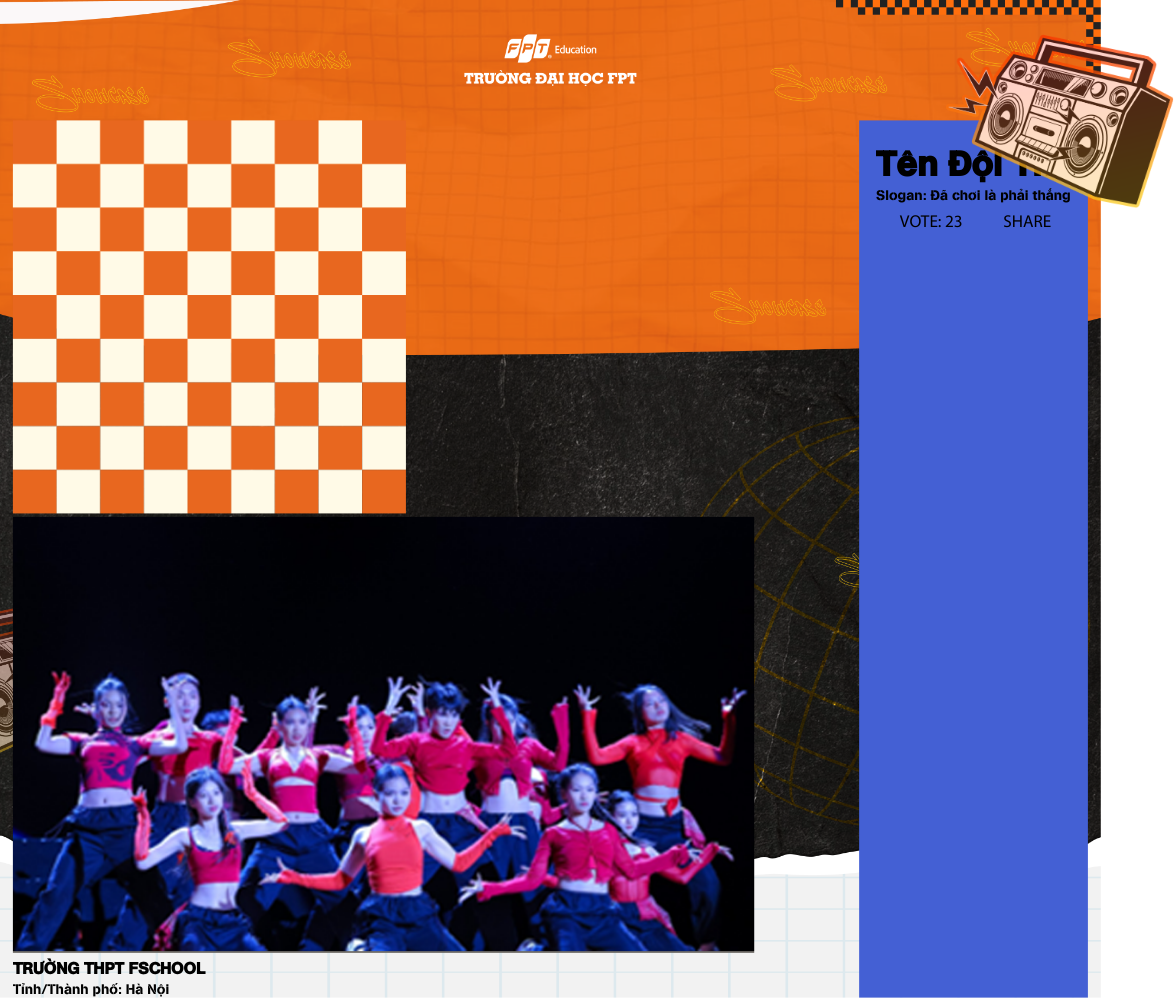
Repository: dinhtri123/hola_fpt
Page: detail.html
An editor plug-in stored every save of this project. The page is shown before and after the next save, followed by the edit.
The browser window is 1280 px wide. The page is 1365 px wide, so the pictures cover 1365 px, including what lies to the right of the window. The pictures show the whole page, at 86% of full size.

Above is the page before, as saved 2025-01-04 22:44:18.

### detail.html
<!DOCTYPE html>
<html lang="en">

<head>
  <meta charset="UTF-8">
  <meta name="viewport" content="width=device-width, initial-scale=1.0">
  <title>Detail</title>
  <link rel="stylesheet" href="styles.css">
</head>

<body>
  <section class="detail">
    <img src="./images/detail-bg.png" class="detail-bg" alt="">
    <div class="container">
      <a href="#" class="detail-logo">
        <img src="./images/logo.png" alt="">
      </a>
      <div class="detail-top">
        <div class="detail-top-left">
          <img src="./images/detail-img1.png" class="detail-top-left-bg" alt="">
          <img src="./images/detail-img.png" class="detail-top-left-img" alt="">
          <span>
            <h3>TRƯỜNG THPT FSCHOOL</h3>
            <P>Tỉnh/Thành phố: Hà Nội</P>
          </span>
        </div>
        <div class="detail-top-right">
          <img src="./images/detail-img2.png" alt="">
          <h3>Tên Đội Thi</h3>
          <p>Slogan: Đã chơi là phải thắng</p>
          <div class="news-item-action">
            <div class="vote">
              <i class="fa-regular fa-heart"></i>
              <span>VOTE: 23</span>
            </div>
            <div class="share">
              <i class="fa-regular fa-paper-plane"></i>
              SHARE
            </div>
          </div>
        </div>
      </div>
    </div>
  </section>
</body>

</html>

### styles.css
@font-face {
  font-family: "Myriad Pro";
  src: url("./fonts/MYRIADPRO-REGULAR.ttf") format("truetype");
}
@font-face {
  font-family: "SFUAGBuchStencilBQMedium";
  src: url("./fonts/SFUAGBuchStencilBQMedium.ttf") format("truetype");
  font-weight: normal;
  font-style: normal;
}
:root {
  --font-primary: "SFUAGBuchStencilBQMedium", sans-serif;
  --font-secondary: "Myriad Pro", sans-serif;
  --cl-white: #fff;
}
* {
  box-sizing: border-box;
  padding: 0;
  margin: 0;
}
body {
  font-family: var(--font-primary);
  font-size: 16px;
  font-weight: 400;
}
.container {
  max-width: 1630px;
  padding-left: 15px;
  padding-right: 15px;
  margin: 0px auto;
}
.sm {
  display: none !important;
}
.md {
  display: flex !important;
}
img {
  max-width: 100%;
  height: auto;
  object-fit: cover;
}
.intro > div {
  position: relative;
}
.intro-top {
  z-index: 1;
}
.intro-bg {
  position: absolute;
  width: 100%;
  height: 100%;
  top: 0;
  left: 0;
  z-index: -1;
  object-position: bottom;
}
.intro-inner {
  padding-top: 50px;
  text-align: center;
  z-index: 1;
}
.intro-logo {
  max-width: 280px;
}
.intro-title {
  margin-top: 30px;
}
.intro-title-small {
  margin-top: -60px;
  z-index: -1;
  position: relative;
}
.intro-btn {
  background: linear-gradient(to right, #e24103, #e66715);
  border-radius: 50px;
  border: 2px solid var(--cl-white);
  font-size: 54px;
  padding: 10px 100px 15px;
  color: var(--cl-white);
  text-transform: uppercase;
  font-family: var(--font-primary);
  line-height: 1;
  width: max-content;
  min-height: 80px;
  transform: translateY(30px);
}
.intro-bottom {
  padding-top: 180px;
  margin-top: -80px;
  text-align: center;
  padding-bottom: 100px;
}
.intro-bottom-desc {
  position: relative;
  padding: 220px 120px;
}
.intro-bottom-desc img {
  position: absolute;
  top: 0;
  left: 0;
  width: 100%;
  height: 100%;
  z-index: -1;
  object-fit: contain;
}
.intro-bottom-desc p {
  padding: 100px 50px;
  background: rgba(0, 0, 0, 0.5);
  color: var(--cl-white);
  font-family: var(--font-secondary);
  font-size: 30px;
  line-height: 1.4;
}
.intro-bottom .intro-btn {
  margin-top: -50px;
  transform: translateY(-40px);
}
/* reward */
.reward {
  position: relative;
}
.reward-bg {
  position: absolute;
  top: 0;
  left: 0;
  width: 100%;
  height: 100%;
}
.reward-inner {
  padding: 100px 0px;
  position: relative;
}
.time {
  position: relative;
  padding: 100px 0px 40px;
}
.time-bg {
  position: absolute;
  top: 0;
  left: 0;
  width: 100%;
  height: 100%;
  z-index: -1;
  object-position: bottom;
}
.time h2 {
  text-align: center;
  margin-top: 80px;
  margin-bottom: 50px;
}
.time-search {
  max-width: 80%;
  width: 100%;
  position: relative;
  min-height: 70px;
  padding: 10px;
  display: flex;
  align-items: center;
  border: 2px solid #f15a24;
  border-radius: 50px;
  margin: 0px auto;
}
.time-search input {
  flex: 1;
  width: 100%;
  height: 100%;
  background: transparent;
  border: none;
  outline: none;
  min-height: inherit;
  padding: 5px 20px;
  font-family: var(--font-secondary);
  font-size: 30px;
  color: var(--cl-white);
}
.time-search input::placeholder {
  color: var(--cl-white);
}
.time-search span {
  display: flex;
  width: max-content;
  height: 100%;
  background: linear-gradient(to right, transparent, #5e321a);
  align-items: center;
  min-height: inherit;
  padding: 5px 30px;
  text-transform: uppercase;
  color: var(--cl-white);
  font-size: 30px;
  border-radius: 50px;
  cursor: pointer;
}
.footer {
  margin-top: 100px;
}
.footer-top {
  display: flex;
  justify-content: space-between;
  align-items: flex-end;
  border-bottom: 1px solid var(--cl-white);
  padding: 10px 0px;
}
.footer-top p {
  font-family: var(--font-secondary);
  font-size: 24px;
  color: var(--cl-white);
}
.footer-social {
  display: flex;
  gap: 10px;
  align-items: center;
}
.footer-social a {
  width: 60px;
  height: 60px;
  border-radius: 8px;
  background-color: #f37021;
  color: var(--cl-white);
  display: flex;
  align-items: center;
  justify-content: center;
  text-decoration: none;
}
.footer-social a i {
  font-size: 24px;
}
.footer-main {
  margin-top: 50px;
  text-align: center;
  color: var(--cl-white);
  font-family: var(--font-secondary);
}
.footer-logo {
  margin-bottom: 20px;
  display: block;
}
.footer address {
  font-size: 28px;
  margin-bottom: 5px;
}
.footer-main a {
  display: block;
  text-align: center;
  color: var(--cl-white);
  text-decoration: none;
  font-size: 24px;
  margin: 0px auto 5px;
  width: fit-content;
}
.news-list {
  display: grid;
  grid-template-columns: repeat(3, 1fr);
  justify-content: space-between;
  margin-top: 100px;
  gap: 50px;
  padding-bottom: 50px;
}
.news-item {
  max-width: 460px;
}
.news-item-top {
  position: relative;
  padding: 52px;
}
.news-item-bg {
  position: absolute;
  z-index: -1;
  top: 0;
  left: 0;
  width: 100%;
}
.news-top-content {
  background-color: #4460d4;
  color: var(--cl-white);
  padding: 18px;
  width: 86%;
  transform: translateY(-4px);
}
.news-top-content h3 {
  font-size: 32px;
  text-transform: uppercase;
  font-weight: 500;
}
.news-top-content p {
  font-size: 16px;
  font-weight: 500;
}
.news-item-bottom {
  background: #000;
  margin-top: -5px;
  color: var(--cl-white);
  border-bottom-left-radius: 12px;
  border-bottom-right-radius: 10px;
}
.news-item-desc {
  position: relative;
  transform: translateY(-25px);
}
.news-item-desc::before {
  content: "";
  position: absolute;
  top: 0;
  left: 0;
  background-image: url("./images/news-img2.png");
  background-repeat: no-repeat;
  width: 100%;
  height: 100%;
  background-size: 100% 100%;
  transform: scaleX(1.03) scaleY(1.5);
}
.news-item-desc p {
  max-width: 80%;
  margin: 0px auto;
  z-index: 1;
  font-size: 12px;
  position: relative;
  padding: 5px 0px;
  transform: rotate(-4deg);
  font-weight: 600;
  font-family: var(--font-secondary);
  color: #3b382b;
}
.news-item-desc p b {
  font-family: var(--font-primary);
  text-transform: uppercase;
}
.news-item-action {
  display: flex;
  justify-content: space-between;
  align-items: center;
  max-width: 80%;
  margin: 0px auto;
  padding: 10px 0px;
  font-size: 20px;
  font-family: var(--font-secondary);
}
.news-item-action > div {
  display: flex;
  gap: 5px;
  align-items: center;
  cursor: pointer;
}
.news-item-action > div i {
  font-size: 22px;
}

/* detail */
.detail {
  position: relative;
}
.detail-bg {
  position: absolute;
  top: 0;
  left: 0;
  width: 100%;
  height: 100%;
  z-index: -1;
  object-position: top;
}
.detail-logo {
  max-width: 200px;
  margin: 0px auto 40px;
  display: flex;
  padding-top: 40px;
}
.detail-top {
  display: flex;
  gap: 20px;
}
.detail-top-left {
  flex: 1;
}
.detail-top-right {
  max-width: 600px;
  background-color: #4460d4;
  padding: 20px;
  position: relative;
}
.detail-top-right > img {
  position: absolute;
  top: -100px;
  right: -100px;
}
.detail-top-right h3 {
  font-size: 40px;
  color: ;
}

@media screen and (max-width: 1280px) {
  .news-list {
    grid-template-columns: repeat(2, 1fr);
  }
}
@media screen and (max-width: 1024px) {
  .intro-bottom-desc {
    padding: 100px 20px;
  }
  .intro-bottom-desc p {
    padding: 50px;
  }
  .news-top-content h3 {
    font-size: 20px;
  }
  .news-item-top {
    padding: 40px;
  }
  .news-list {
    gap: 40px;
  }
  .footer {
    margin: 0;
  }
}
@media screen and (max-width: 767px) {
  .sm {
    display: flex !important;
  }
  .md {
    display: none !important;
  }
  .intro-btn {
    padding: 10px 20px;
    min-height: auto;
    font-size: 16px;
  }
  .intro-bottom-desc p {
    padding: 20px;
    font-size: 16px;
  }
  .intro-logo {
    max-width: 120px;
    margin: 0px auto;
    display: flex;
  }
  .intro-inner .intro-bg {
    object-position: top;
    object-fit: fill;
  }
  .intro-inner {
    padding-top: 40px;
  }
  .intro-title-small {
    display: none;
  }
  .intro-inner .intro-btn {
    transform: translateY(20px);
  }
  .intro-title {
    max-width: 90%;
    margin: 30px auto 0px;
  }
  .intro-bottom {
    padding-top: 130px;
  }
  .intro-bottom > div > img:nth-child(3) {
    max-width: 80%;
  }
  .intro-bottom-desc {
    padding: 0px;
  }
  /* .intro-bottom-desc img {
    transform: scale(1.1);
  } */
  .intro-bottom .intro-btn {
    margin-top: 10px;
    transform: translateY(0px);
  }
  .time {
    padding: 40px 0px;
  }
  .time h2 {
    margin: 40px 0px 20px;
  }
  .time-search {
    max-width: 100%;
    min-height: 40px;
    padding: 5px;
  }
  .time-search input {
    font-size: 16px;
  }
  .time-search span {
    font-size: 14px;
    padding: 5px 10px;
    gap: 5px;
  }
  .time-search input {
    font-size: 16px;
    padding: 0px 10px;
  }
  .news-list {
    gap: 15px;
  }
  .news-item-top {
    padding: 5px;
  }
  .news-top-content {
    padding: 10px;
  }
  .news-top-content h3 {
    font-size: 12px;
  }
  .news-top-content p {
    font-size: 8px;
    font-weight: 500;
  }
  .news-item-desc p {
    font-size: 8px;
    max-width: 90%;
    transform: rotate(-8deg);
  }
  .news-item-desc::before {
    transform: scaleX(1.03) scaleY(1.4);
  }
  .news-item-action,
  .news-item-action > div i {
    font-size: 10px;
  }
  .news-item-bg {
    height: 100%;
  }
  .news-item-desc {
    transform: translateY(-6px) rotate(2deg);
  }
  .news-list {
    position: relative;
    padding-bottom: 80px;
    margin-top: 40px;
  }
  .news-list::before {
    content: "";
    position: absolute;
    top: 100px;
    left: -15px;
    background-image: url(./images/news-list-bg.png);
    background-repeat: no-repeat;
    background-size: cover;
    width: calc(100% + 30px);
    height: 95%;
    z-index: -1;
  }
  .footer {
    margin-top: 40px;
  }
  .footer-top p {
    font-size: 12px;
    max-width: 50%;
  }
  .footer-social a {
    width: 30px;
    height: 30px;
    border-radius: 4px;
  }
  .footer-social a i {
    font-size: 14px;
  }
  .footer-logo {
    max-width: 120px;
  }
  .footer-main h3 {
    max-width: 80%;
    margin: 0px auto;
  }
  .footer address {
    font-size: 14px;
  }
  .footer-main a {
    font-size: 14px;
  }
  .footer-main {
    margin-top: 20px;
  }
}

After the next save:
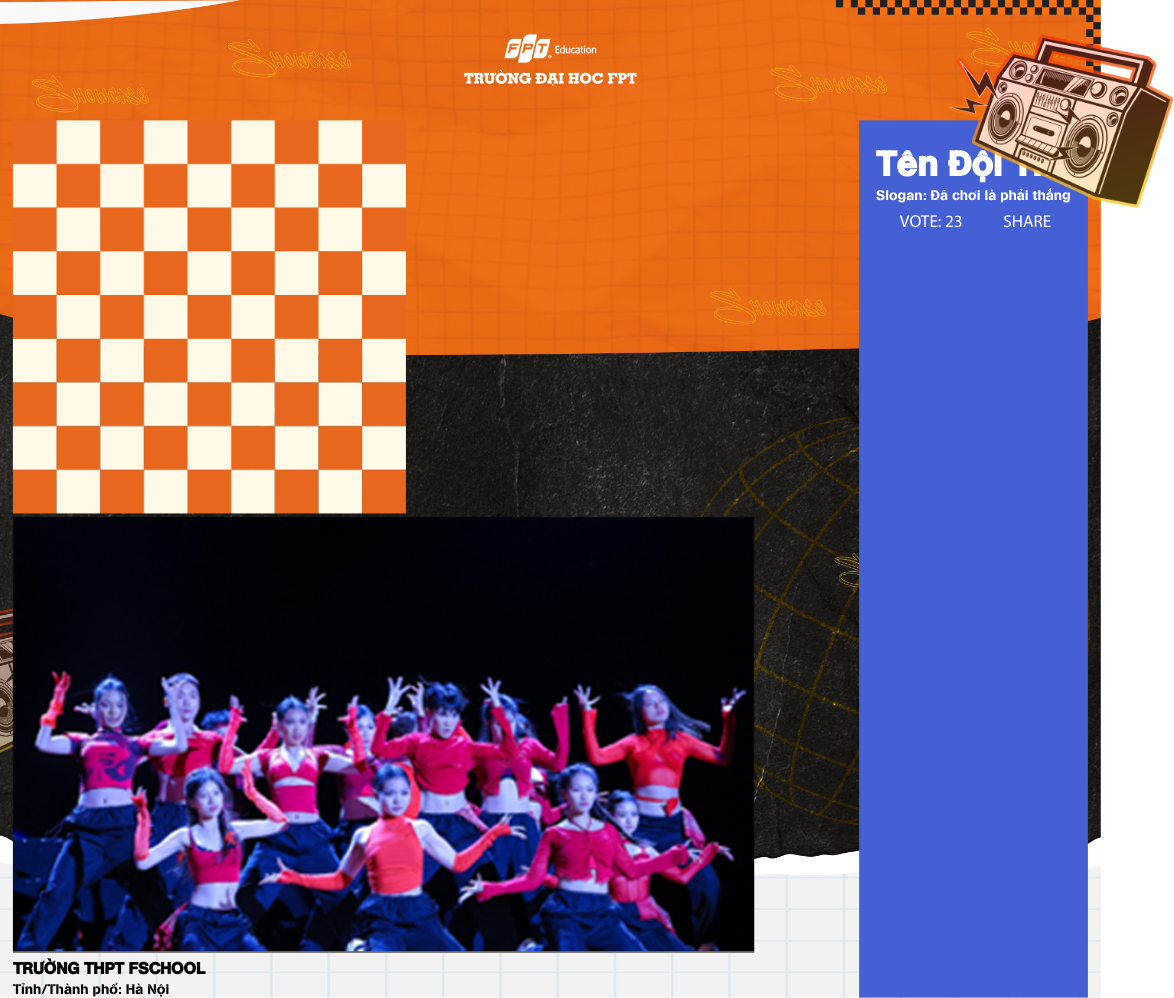
Saved 11 s later.
--- a/styles.css
+++ b/styles.css
@@ -376,6 +376,7 @@
   background-color: #4460d4;
   padding: 20px;
   position: relative;
+  color: var(--cl-white);
 }
 .detail-top-right > img {
   position: absolute;
@@ -384,7 +385,8 @@
 }
 .detail-top-right h3 {
   font-size: 40px;
-  color: ;
+}
+.detail-top-right p {
 }
 
 @media screen and (max-width: 1280px) {
